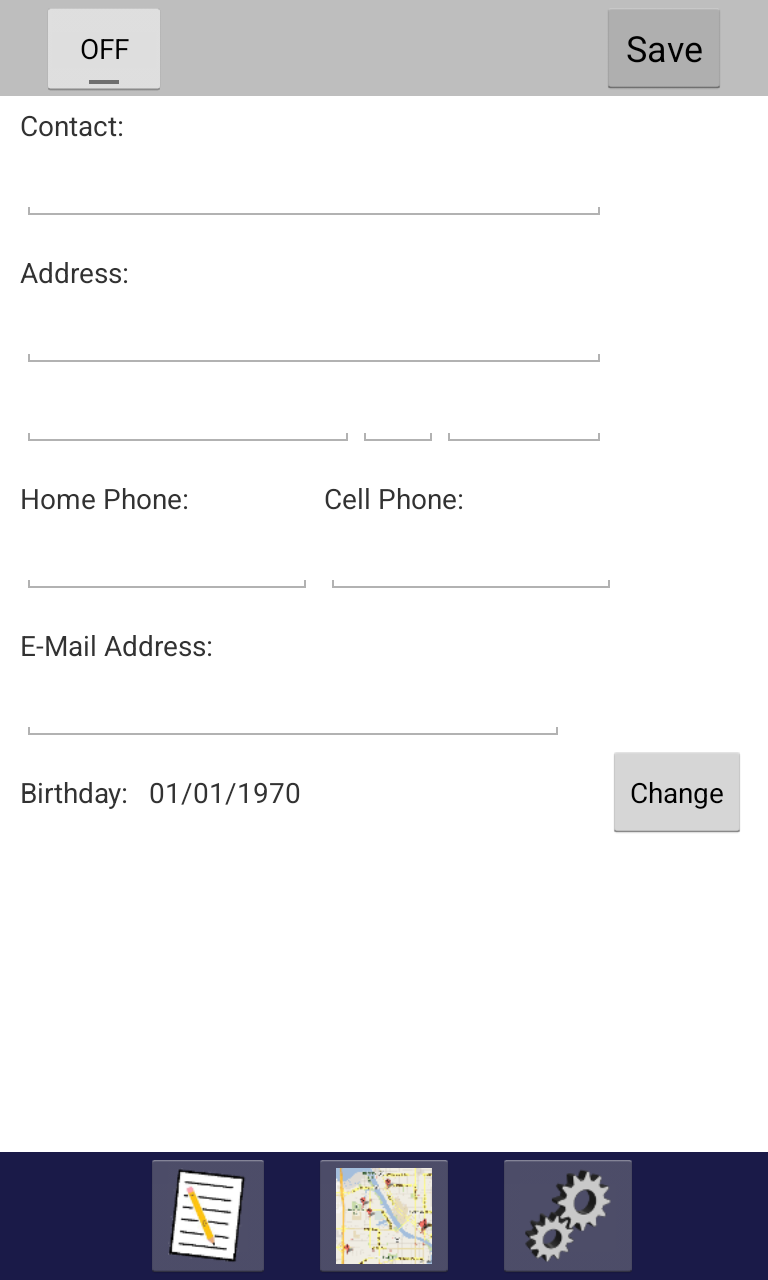
Repository: KarthikDulam/MobileAppDevelopment
Layout: MycontactList/res/layout/activity_contact.xml
An editor plug-in stored every save of this project. The layout is shown before and after the next save, followed by the edit.
It is drawn on a 768 x 1280 px phone screen (xhdpi) without system bars, with theme AppTheme; the app's code is not run.

Above is the layout before, as saved 2016-03-29 23:26:30.

After the next save:
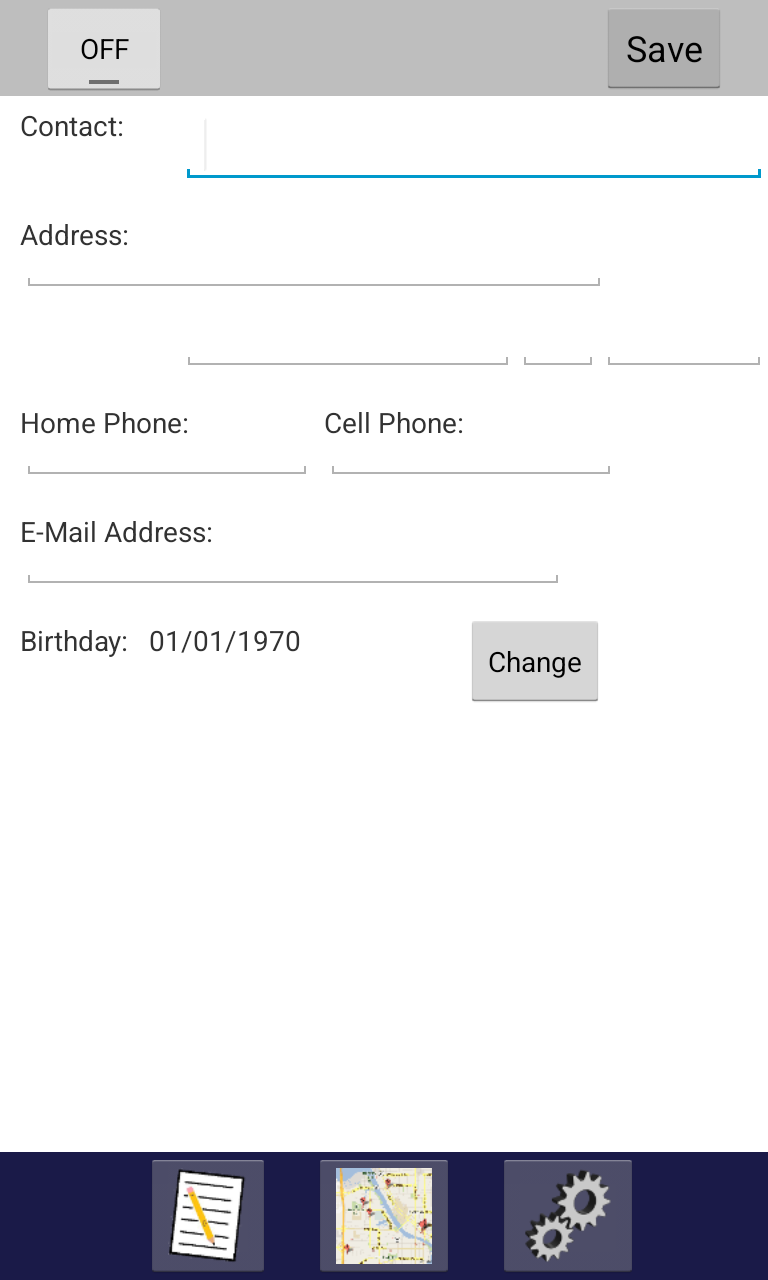
Saved 21 min 20 s later.
--- a/MycontactList/res/layout/activity_contact.xml
+++ b/MycontactList/res/layout/activity_contact.xml
@@ -96,19 +96,6 @@
                 android:text="Contact:"
                 android:textAppearance="?android:attr/textAppearanceSmall" />
 
-            <EditText
-                android:id="@+id/editName"
-                android:layout_width="wrap_content"
-                android:layout_height="wrap_content"
-                android:layout_alignParentLeft="true"
-                android:layout_marginLeft="10dp"
-                android:layout_below="@+id/textContact"
-                android:ems="14"
-                android:imeOptions="actionNext"
-                android:inputType="textCapWords" >
-
-            </EditText>
-
             <TextView
                 android:id="@+id/textAddress"
                 android:layout_width="wrap_content"
@@ -119,33 +106,6 @@
                 android:layout_marginTop="15dp"
                 android:text="Address:"
                 android:textAppearance="?android:attr/textAppearanceSmall" />
-
-           <EditText
-                android:id="@+id/editAddress"
-                android:layout_width="wrap_content"
-                android:layout_height="wrap_content"
-                android:layout_alignParentLeft="true"
-                android:layout_marginLeft="10dp"
-                android:layout_below="@+id/textAddress"
-                android:ems="14"
-                android:imeOptions="actionNext"
-                android:inputType="textCapWords" >
-
-            </EditText>
-
-           <EditText
-                android:id="@+id/editCity"
-                android:layout_width="wrap_content"
-                android:layout_height="wrap_content"
-                android:layout_alignParentLeft="true"
-                android:layout_marginLeft="10dp"
-                android:layout_below="@+id/editAddress"
-                android:ems="8"
-                android:imeOptions="actionNext"
-                android:nextFocusDown="@+id/editState"
-                android:inputType="textCapWords" >
-
-            </EditText>
 
            <EditText
                 android:id="@+id/editState"
@@ -185,21 +145,6 @@
                 android:layout_marginTop="15dp"
                 android:text="Home Phone:"
                 android:textAppearance="?android:attr/textAppearanceSmall" />
-
-           <EditText
-                android:id="@+id/editHome"
-                android:layout_width="wrap_content"
-                android:layout_height="wrap_content"
-                android:layout_alignParentLeft="true"
-                android:layout_marginLeft="10dp"
-                android:layout_below="@+id/textHome"
-                android:imeOptions="actionNext"
-                android:maxLength="14"
-                android:ems="7"
-                android:nextFocusDown="@+id/editCell"
-                android:inputType="textCapWords" >
-
-            </EditText>
 
            <TextView
                 android:id="@+id/textCell"
@@ -236,18 +181,6 @@
                 android:text="E-Mail Address:"
                 android:textAppearance="?android:attr/textAppearanceSmall" />
 
-           <EditText
-                android:id="@+id/editEMail"
-                android:layout_width="wrap_content"
-                android:layout_height="wrap_content"
-                android:layout_alignParentLeft="true"
-                android:layout_marginLeft="10dp"
-                android:layout_below="@+id/textEMail"
-                android:ems="13"
-                android:inputType="textEmailAddress" >
-
-            </EditText>
-
            <TextView
                 android:id="@+id/textBday"
                 android:layout_width="wrap_content"
@@ -270,18 +203,70 @@
                 android:paddingBottom="25dp"
                 android:text="01/01/1970"
                 android:textAppearance="?android:attr/textAppearanceSmall" />
+
+           <EditText
+               android:id="@+id/editName"
+               android:layout_width="wrap_content"
+               android:layout_height="wrap_content"
+               android:layout_alignParentRight="true"
+               android:layout_alignTop="@+id/textContact"
+               android:ems="14"
+               android:imeOptions="actionNext"
+               android:inputType="textCapWords" >
+
+               <requestFocus />
+           </EditText>
+
+           <EditText
+               android:id="@+id/editAddress"
+               android:layout_width="wrap_content"
+               android:layout_height="wrap_content"
+               android:layout_alignLeft="@+id/textAddress"
+               android:layout_alignTop="@+id/textAddress"
+               android:ems="14"
+               android:imeOptions="actionNext"
+               android:inputType="textCapWords" />
+
+           <EditText
+               android:id="@+id/editHome"
+               android:layout_width="wrap_content"
+               android:layout_height="wrap_content"
+               android:layout_alignLeft="@+id/textHome"
+               android:layout_alignTop="@+id/textHome"
+               android:ems="7"
+               android:imeOptions="actionNext"
+               android:inputType="textCapWords"
+               android:maxLength="14"
+               android:nextFocusDown="@+id/editCell" />
+
+           <EditText
+               android:id="@+id/editEMail"
+               android:layout_width="wrap_content"
+               android:layout_height="wrap_content"
+               android:layout_alignLeft="@+id/textEMail"
+               android:layout_alignTop="@+id/textEMail"
+               android:ems="13"
+               android:inputType="textEmailAddress" />
 
            <Button
                android:id="@+id/btnBirthday"
                style="?android:attr/buttonStyleSmall"
                android:layout_width="wrap_content"
                android:layout_height="wrap_content"
-               android:layout_alignParentRight="true"
-               android:layout_marginRight="10dp"
-               android:layout_alignBaseline="@+id/textBirthday"
+               android:layout_alignParentBottom="true"
+               android:layout_toRightOf="@+id/textCell"
                android:text="Change" />
 
-
+           <EditText
+               android:id="@+id/editCity"
+               android:layout_width="wrap_content"
+               android:layout_height="wrap_content"
+               android:layout_alignLeft="@+id/editName"
+               android:layout_below="@+id/editAddress"
+               android:ems="8"
+               android:imeOptions="actionNext"
+               android:inputType="textCapWords"
+               android:nextFocusDown="@+id/editState" />
 
         </RelativeLayout>
     </ScrollView>
